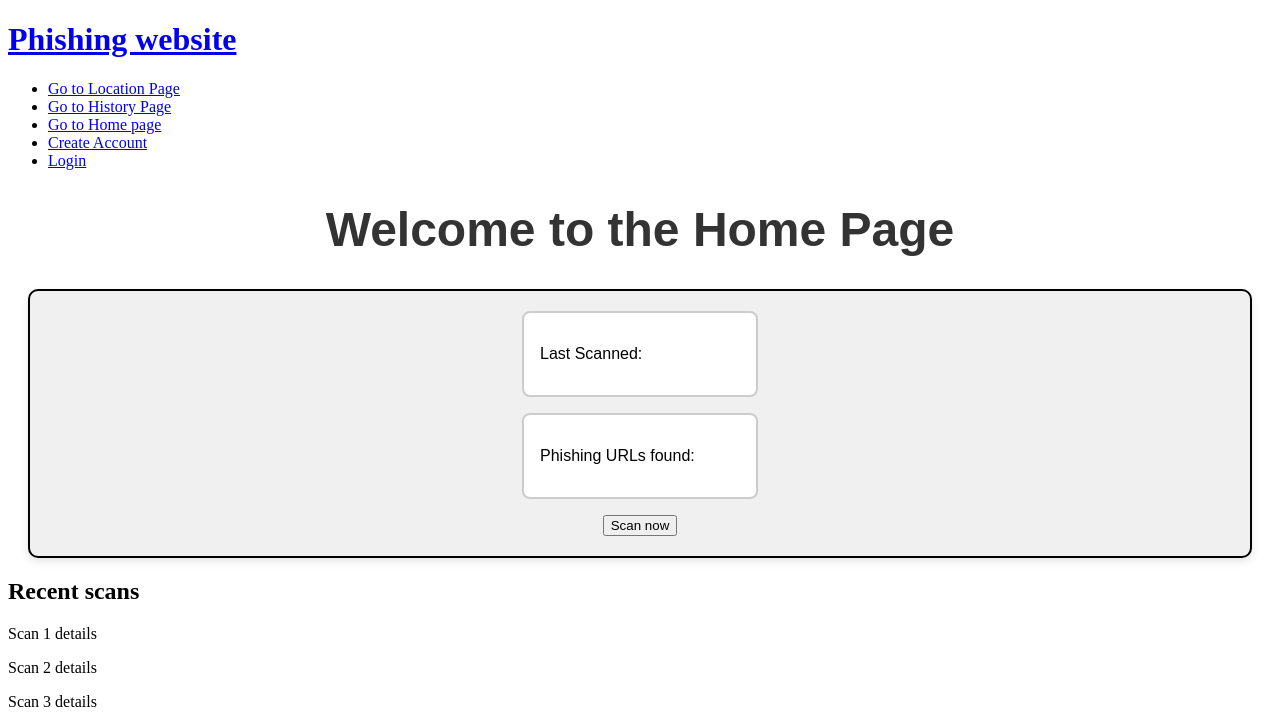
Repository: 2305199/Final-year-project
Page: / (app in frontend/)
The author's editor kept a copy of each file at every save. The page is drawn from the files as they stood at one save, then again after the next save.
The browser window is 1280 px wide. The pictures show the whole page.
The project was rebuilt for these pictures with package versions that can differ from the ones it lists, and the page was loaded fresh each time. Also part of the build but not shown: frontend/vite.config.js, frontend/src/Location/Location.jsx, frontend/src/History/History.jsx, frontend/src/User/CreateAccount.jsx, frontend/src/User/Login.jsx.

Above is the page before, as saved 2026-01-29 01:06:45.

### frontend/src/App.jsx
import { BrowserRouter as Router, Routes, Route } from 'react-router-dom';
import Home from './Home/Home.jsx'
import Location from './Location/Location.jsx'
import History from './History/History.jsx'
import CreateAccount from './User/CreateAccount.jsx'
import Login from './User/Login.jsx'
import Header from './components/Header.jsx'

function App() {

  return (
    <Router>
    <Header />
   <Routes>
      <Route path="/" element={<Home />} />
      <Route path="/location" element={<Location />} />
      <Route path="/history" element={<History />} />
      <Route path="/createAccount" element={<CreateAccount />} />
      <Route path="/login" element={<Login />} />
   </Routes>
    </Router>
  )
}

export default App

### frontend/src/Home/Home.jsx
import styles from './Home.module.css'
function Home() {
    return ( <div>
        <div className={styles.title}> <h1>Welcome to the Home Page</h1></div>


<div className={styles.Box}>
  <div className={styles.Lscanned}>
    <p>Last Scanned:</p>
  </div>

  <div className={styles.Pfound}>
    <p>Phishing URLs found:</p>
  </div>

  <button className={styles.scanButton}>Scan now</button>
</div>


    <div>
        <h2>Recent scans</h2>
        <div className={styles.recentScans}>
            <div className={styles.scanCard}><p>Scan 1 details</p></div>
            <div className={styles.scanCard}><p>Scan 2 details</p></div>
            <div className={styles.scanCard}><p>Scan 3 details</p></div>
        </div>
    </div>

    </div>)
}
export default Home

### frontend/src/components/Header.jsx
function Header() {
    return (<div>
    <h1> <a href="/">Phishing website </a></h1>
     <ul>
        <li><a href="/location">Go to Location Page</a></li>
        <li><a href="/history">Go to History Page</a></li>
        <li><a href="/">Go to Home page</a></li>
        <li><a href="/createAccount">Create Account</a></li>
        <li><a href="/login">Login</a></li>
    </ul>
    </div>)

}
export default Header

### frontend/src/Home/Home.module.css
.title{
    text-align: center;
    font-size: 1.5rem;
    margin-bottom: 20px;
    color: #333;
    font-family: 'Arial', sans-serif;
}
.Box{
    display: flex;
    flex-direction: column;
    align-items: center;
    justify-content: center;
   border: 2px solid black;
    padding: 20px;
    margin: 20px;
    background-color: #f0f0f0;
    border-radius: 10px;
    box-shadow: 0 4px 8px rgba(0, 0, 0, 0.1);

}
.container {
  display: grid;
  gap: 20px;
}


.Pfound,.Lscanned {
  border: 2px solid #ccc;
  padding: 16px;
  border-radius: 8px;
  background-color: #ffffff;
  font-family: 'Arial', sans-serif;
  width: 200px;

}

.Box {
  display: flex;
  justify-content: space-between; /* left and right */
  align-items: center;            /* vertically aligned */
  gap: 16px;
  margin-bottom: 20px;
}

Loaded but not shown: frontend/index.html (common file); frontend/src/main.jsx (common file); frontend/src/index.css (no stored copy; drawn as an empty file)

After the next save:
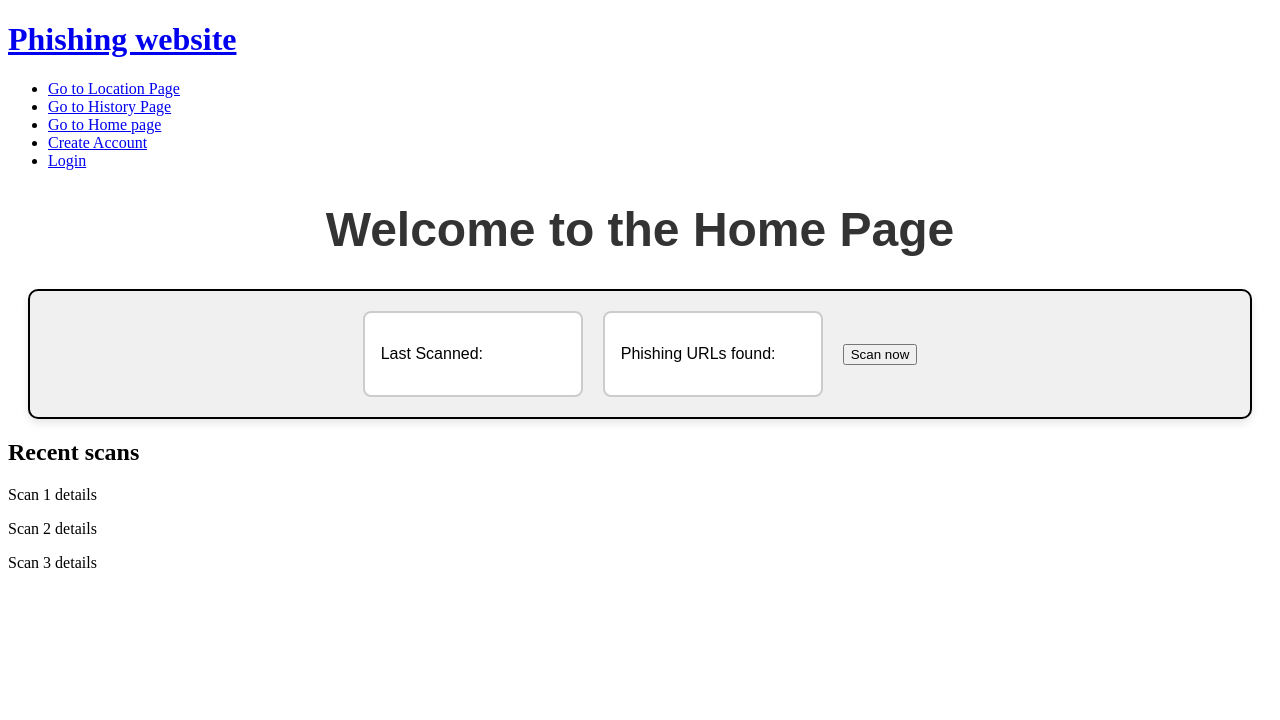
Saved 28 s later.
--- a/frontend/src/Home/Home.module.css
+++ b/frontend/src/Home/Home.module.css
@@ -23,21 +23,20 @@
   gap: 20px;
 }
 
+.Box {
+  display: flex !important;
+  flex-direction: row;
+  align-items: center;
+  gap: 20px;
+}
 
-.Pfound,.Lscanned {
+.Lscanned,
+.Pfound {
   border: 2px solid #ccc;
   padding: 16px;
   border-radius: 8px;
   background-color: #ffffff;
   font-family: 'Arial', sans-serif;
-  width: 200px;
-
+  width: 220px;
+  box-sizing: border-box;
 }
-
-.Box {
-  display: flex;
-  justify-content: space-between; /* left and right */
-  align-items: center;            /* vertically aligned */
-  gap: 16px;
-  margin-bottom: 20px;
-}
